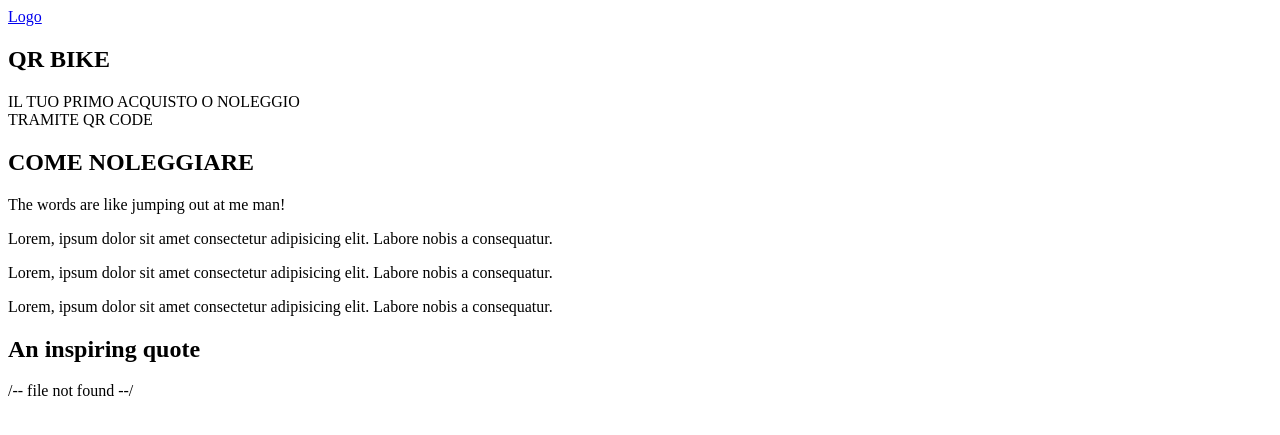
Repository: andrealepori/qrbike
Page: index.html
The author's editor kept a copy of each file at every save. The page is drawn from the files as they stood at one save, then again after the next save.
The browser window is 1280 px wide. The pictures show the whole page.

Above is the page before, as saved 2020-09-16 15:31:04.

### index.html
<!DOCTYPE html>
<html lang="en">
<head>
    <meta charset="UTF-8">
    <meta name="viewport" content="width=device-width, initial-scale=1.0">
    <title>Home - QR BIKE</title>


	<link type="text/css" rel="stylesheet" href="css/style.css" />

</head>
<body>


  <header>
    <a href="#" id="logo">Logo</a>
  </header>

  <section id="hero1" class="hero">

    <div class="inner">
      <div class="copy">

      <h1 class="yellowtitle"> QR BIKE</h1>
      <p class="subtitle">IL TUO PRIMO ACQUISTO O NOLEGGIO <br> TRAMITE QR CODE</p>
      </div>
    </div>
  </section>





<section>

      <h1 class="titolo">COME NOLEGGIARE </h1>
      <p>The words are like jumping out at me man! </p>
      </div>
    </div>
  </section>


  <div class="parent">
    <div class="div1">

      <p>Lorem, ipsum dolor sit amet consectetur adipisicing elit. Labore nobis a consequatur.</p>
    </div>
    <div class="div2">
      <p>Lorem, ipsum dolor sit amet consectetur adipisicing elit. Labore nobis a consequatur.</p>



    </div>
    <div class="div3">
      <p>Lorem, ipsum dolor sit amet consectetur adipisicing elit. Labore nobis a consequatur.</p>

    </div>
    </div>


  <section class="content">
    <div class="inner">
      <div class="copy">
      <h1>An inspiring quote</h1>
        <p>/-- file not found --/</p>
      </div>
    </div>
  </section>













</body>
</html>

Loaded but not shown: style.css (no stored copy; drawn as an empty file)

After the next save:
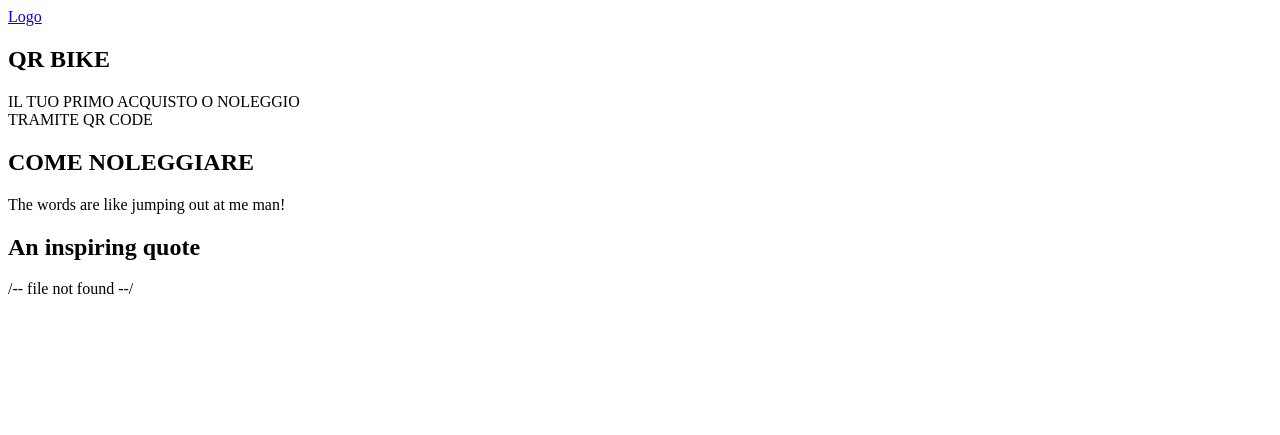
Saved 3 min 38 s later.
--- a/index.html
+++ b/index.html
@@ -40,23 +40,6 @@
   </section>
 
 
-  <div class="parent">
-    <div class="div1">
-
-      <p>Lorem, ipsum dolor sit amet consectetur adipisicing elit. Labore nobis a consequatur.</p>
-    </div>
-    <div class="div2">
-      <p>Lorem, ipsum dolor sit amet consectetur adipisicing elit. Labore nobis a consequatur.</p>
-
-
-
-    </div>
-    <div class="div3">
-      <p>Lorem, ipsum dolor sit amet consectetur adipisicing elit. Labore nobis a consequatur.</p>
-
-    </div>
-    </div>
-
 
   <section class="content">
     <div class="inner">
